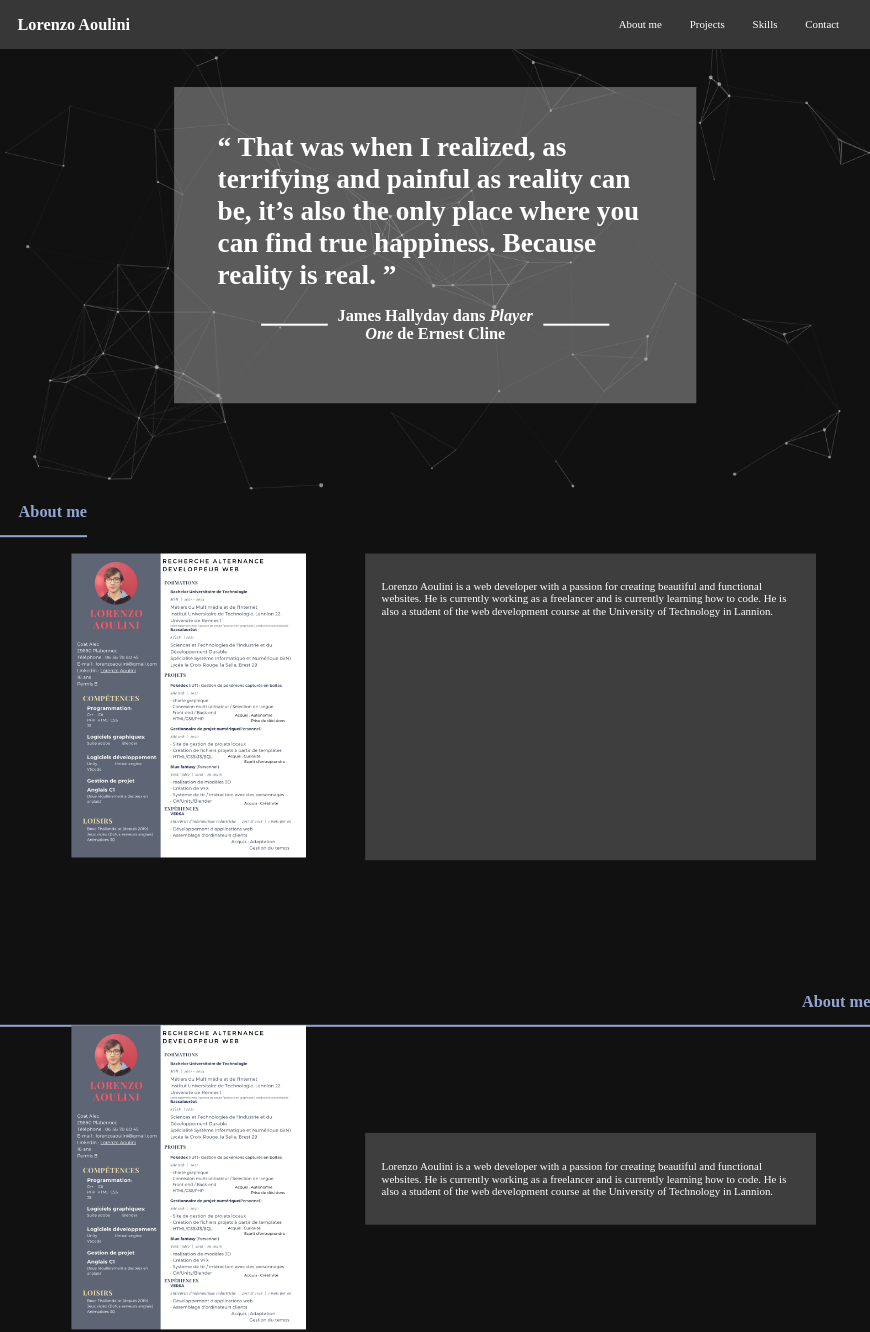
Repository: lolo298/lolo298.github.io
Page: index.html
These files come from the project's save history. The page is drawn as it stood at one moment and after the next save; the edit follows.
The browser window is 1280 px wide. The pictures show the whole page, at 68% of full size.

Above is the page before, as saved 2022-05-11 12:42:43.

After the next save:
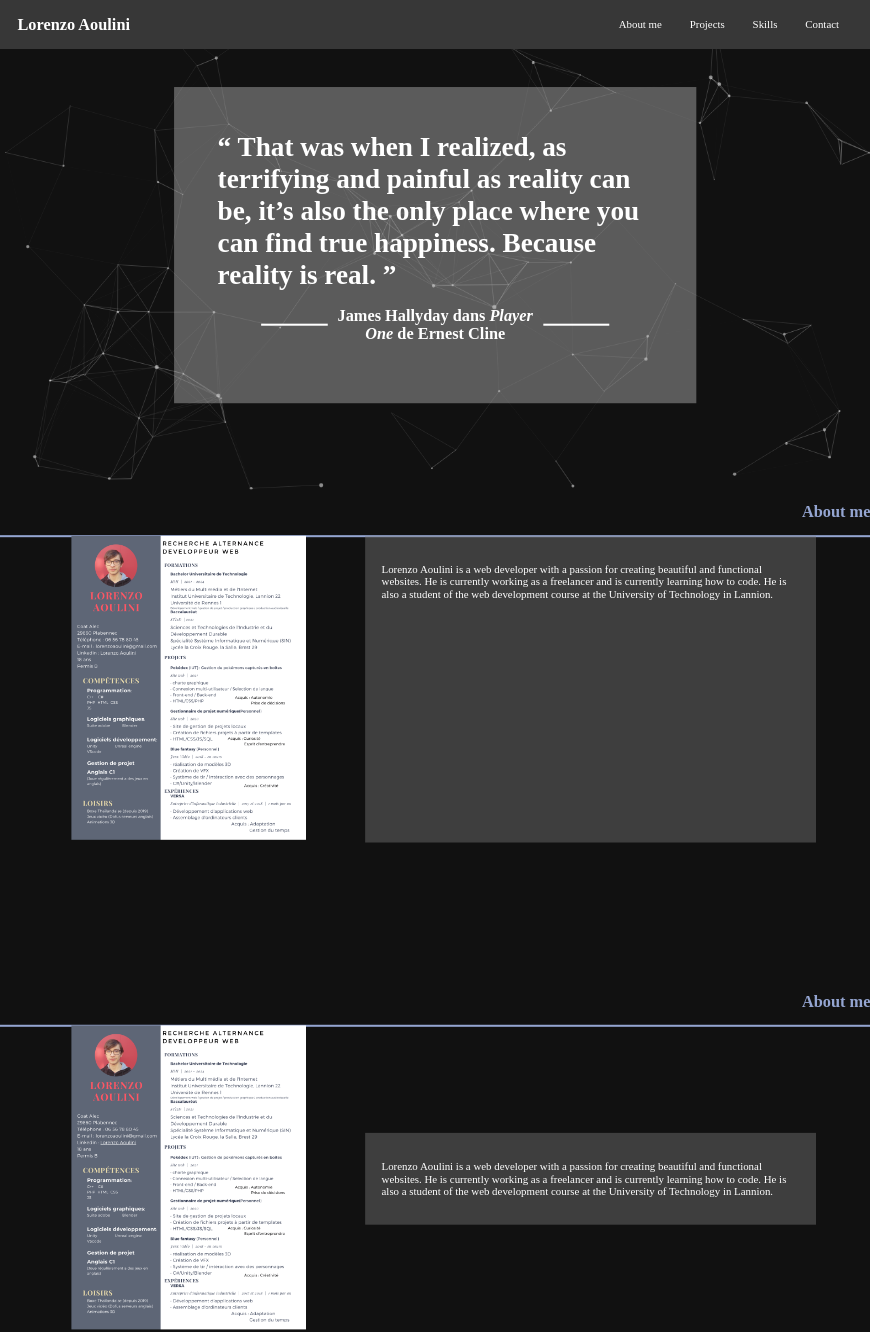
Saved 5 s later.
--- a/index.html
+++ b/index.html
@@ -60,7 +60,7 @@
 
         </div>
         <div class="about">
-            <div class="title">
+            <div class="title-left">
                 <div class="title-content">
                     <div>
                         <h2>About me</h2>

After the save that followed:
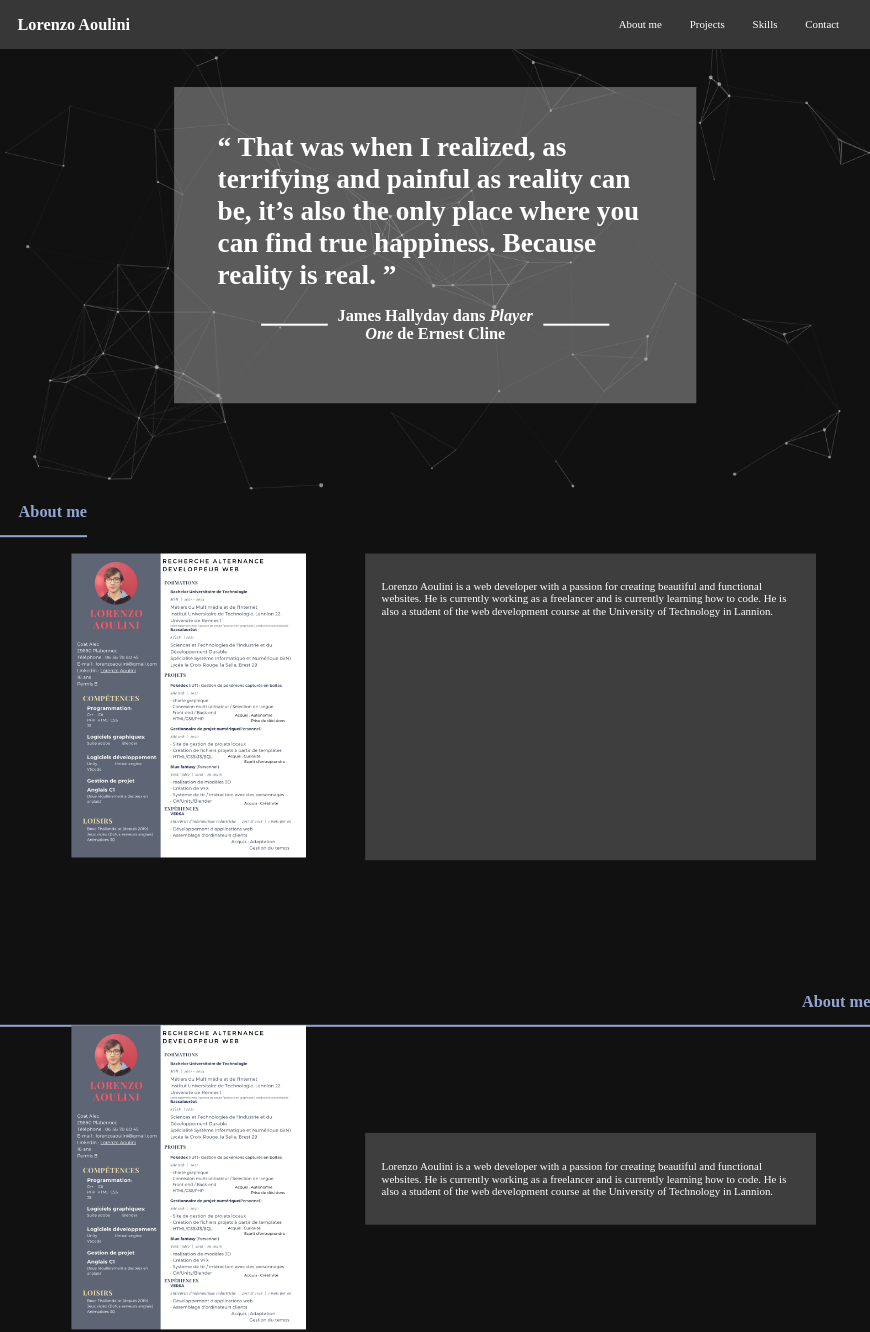
Saved 9 s later.
--- a/css/style.css
+++ b/css/style.css
@@ -174,7 +174,7 @@ body {
     height: 100%;
 }
 
-.title {
+.title-left {
     width: 10%;
     margin-bottom: 2%;
 }
